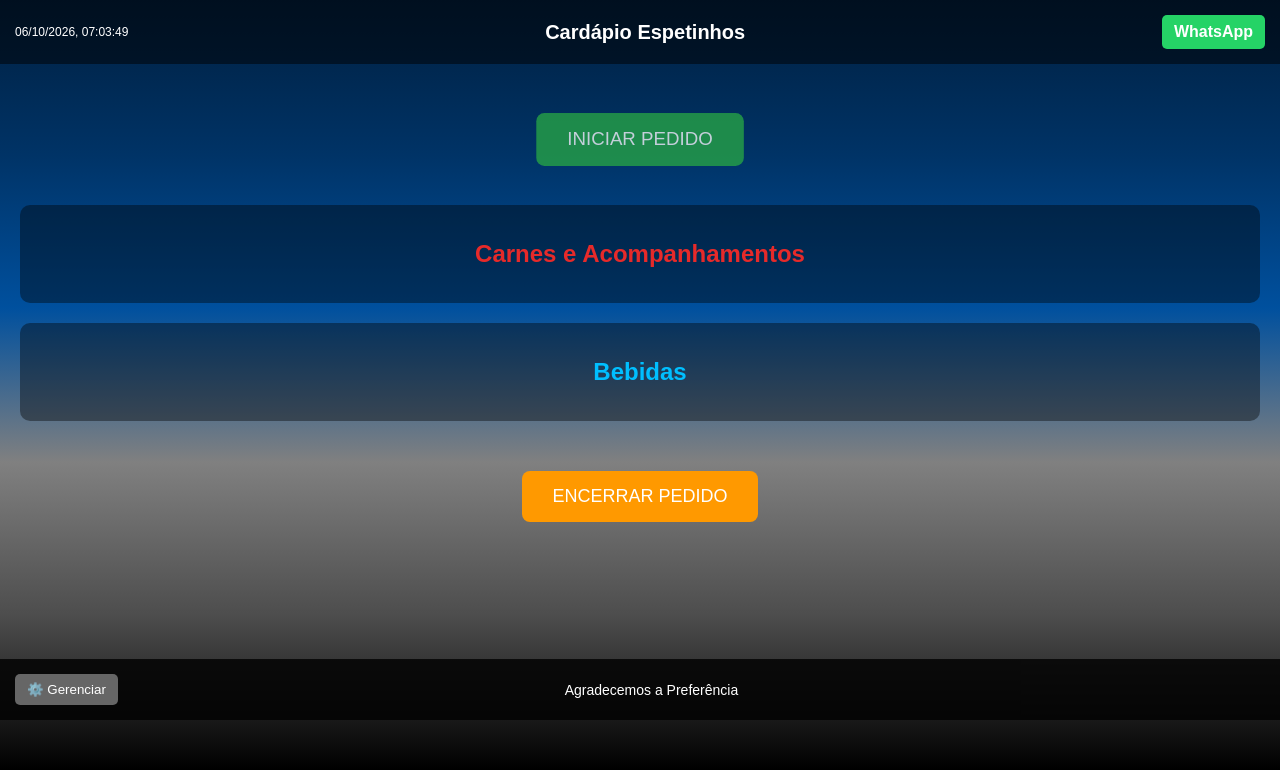
Repository: JeffRodFer/skewersOrder
Page: frontend/index.html
An editor plug-in stored every save of this project. The page is shown before and after the next save, followed by the edit.
The browser window is 1280 px wide. The pictures show the whole page.
The page's requests for data from a server got no answer.

Above is the page before, as saved 2026-10-18 08:33:10.

### frontend/index.html
<!DOCTYPE html>
<html lang="pt-BR">

<head>
  <meta charset="UTF-8">
  <meta name="viewport" content="width=device-width, initial-scale=1.0">
  <title>Cardápio de Espetinhos</title>
  <!-- Aqui conectamos o arquivo de estilos -->
  <link rel="stylesheet" href="style.css">
</head>

<body>

  <!-- Cabeçalho -->
  <header>
    <div class="relogio" id="relogio">
      00/00/0000 00:00:00
    </div>
    <div class="logo-titulo">Cardápio Espetinhos</div>
    <a href="https://wa.me/5581920036280" class="btn-whatsapp" target="_blank">WhatsApp</a>
  </header>

  <!-- Área de Iniciar Pedido -->
  <div class="area-iniciar">
    <button class="btn-iniciar" onclick="abrirModalCadastro()">
      INICIAR PEDIDO
    </button>
  </div>

  <!-- Lista de Comidas -->
  <div class="secao-produtos">
    <h2 class="titulo-carnes">Carnes e Acompanhamentos</h2>
    <div id="lista-carnes"></div> <!-- A MUDANÇA FOI FEITA AQUI -->
  </div>

  <!-- Lista de Bebidas -->
  <div class="secao-produtos">
    <h2 class="titulo-bebidas">Bebidas</h2>
    <div id="lista-bebidas"></div>
  </div>

  <!-- Área de Encerrar Pedido -->
  <div class="area-iniciar">
    <button class="btn-iniciar" style="animation: none; background: #ff9900;" onclick="abrirResumo()">
      ENCERRAR PEDIDO
    </button>
  </div>

  <!-- Rodapé -->
  <footer>
    <button class="btn-gerenciar" onclick="abrirModalAdmin()">
      ⚙️ Gerenciar
    </button>
    <div class="msg-agradecimento">Agradecemos a Preferência</div>
    <div style="width: 80px;"></div>
  </footer>

  <!-- MODAL 1: Cadastro do Cliente -->
  <div id="modalCadastro" class="modal">
    <div class="modal-conteudo">
      <h3>Identificação</h3>

      <div class="form-group">
        <label>Nome:</label>
        <input type="text" id="cli-nome" placeholder="Seu nome">
      </div>

      <div class="form-group">
        <label>Telefone:</label>
        <input type="tel" id="cli-telefone" placeholder="(81) 90000-0000">
      </div>

      <div class="form-group">
        <label>Retirada ou Entrega?</label>
        <select id="cli-tipo" onchange="verificarEntrega()">
          <option value="retirar">Vou retirar no local</option>
          <option value="entregar">Quero entrega (Terá taxa)</option>
        </select>
      </div>

      <div class="form-group" id="div-endereco" style="display:none;">
        <label>Endereço Completo:</label>
        <input type="text" id="cli-endereco" placeholder="Rua, Número, Bairro">
      </div>

      <!-- NOVA ÁREA DE BOTÕES -->
      <button type="button" class="btn-acao" onclick="fecharModalCadastro()"
        style="flex: 1; background-color: #666666;">
        Voltar
      </button>

      <button class="btn-acao" onclick="salvarCadastro()" style="flex: 2;">
        Confirmar
      </button>
    </div>

  </div> <!-- Fecha a modal-conteudo -->
  </div> <!-- Fecha a modalCadastro -->

  <!-- MODAL 2: Resumo do Pedido -->
  <div id="modalResumo" class="modal">
    <div class="modal-conteudo">
      <h3>Resumo do Pedido</h3>
      <div id="conteudo-resumo" style="font-size: 14px; margin-bottom: 20px;">
      </div>

      <!-- INÍCIO DAS NOVAS OPÇÕES DE FAROFA, VINAGRETE E OBS -->

      <!-- Opção de Farofa -->
      <div class="form-group">
        <label>Incluir Farofa?</label>
        <div style="display: flex; gap: 15px; margin-top: 5px;">
          <label><input type="radio" name="farofa" value="Sim" checked> Sim</label>
          <label><input type="radio" name="farofa" value="Não"> Não</label>
        </div>
      </div>

      <!-- Opção de Vinagrete -->
      <div class="form-group">
        <label>Incluir Vinagrete?</label>
        <div style="display: flex; gap: 15px; margin-top: 5px;">
          <label><input type="radio" name="vinagrete" value="Sim" checked> Sim</label>
          <label><input type="radio" name="vinagrete" value="Não"> Não</label>
        </div>
      </div>

      <!-- Campo de Observações -->
      <div class="form-group">
        <label>Observações do Pedido:</label>
        <textarea id="obs-pedido" rows="3" maxlength="120" placeholder="Ex: Bem passado, deixar na portaria..."
          style="width: 100%; border-radius: 5px; padding: 8px;"></textarea>
        <div id="contador-obs">0/120 caracteres</div>
      </div>

      <!-- FIM DAS NOVAS OPÇÕES -->

      <h3 id="valor-total">Total: R$ 0,00</h3>
      <button class="btn-acao btn-whatsapp" onclick="enviarPedidoWhatsApp()">
        Enviar Pedido (WhatsApp)
      </button>
      <button class="btn-acao btn-fechar" onclick="fecharModal('modalResumo')">
        Voltar e Escolher Mais
      </button>
    </div>
  </div>

  <!-- MODAL 3: Login Admin (Gerenciar) -->
  <div id="modalAdmin" class="modal">
    <div class="modal-conteudo">
      <h3>Área Restrita (Gerenciar)</h3>
      <div class="form-group">
        <label>Usuário:</label>
        <input type="text" id="admin-user">
      </div>
      <div class="form-group">
        <label>Senha:</label>
        <input type="password" id="admin-pass">
      </div>
      <button type="button" class="btn-acao" onclick="loginAdmin(event)">Entrar</button>
      <button type="button" class="btn-acao btn-fechar" onclick="fecharModal('modalAdmin')">
        Cancelar
      </button>
    </div>
  </div>


  <!-- ========================================== -->
  <!-- PAINEL DE ADMINISTRAÇÃO (Oculto por padrão)-->
  <!-- ========================================== -->
  <div id="painel-admin" style="display: none; padding: 20px; min-height: 100vh;">
    <div
      style="display: flex; justify-content: space-between; align-items: center; border-bottom: 2px solid white; padding-bottom: 10px; margin-bottom: 20px;">
      <h2 style="color: white; margin: 0;">⚙️ Gestão do Cardápio</h2>
      <button class="btn-acao btn-fechar" onclick="fecharPainelAdmin()" style="width: auto; padding: 10px 20px;">
        Sair
      </button>
    </div>

    <p style="color: #ccc;">Clique no botão para Ativar ou Desativar os produtos na loja.</p>

    <!-- Aqui o JavaScript vai injetar a lista completa de produtos -->
    <div id="lista-admin"></div>
  </div>

  <!-- Aqui conectamos o arquivo de lógica e ações -->
  <script src="script.js"></script>
</body>

</html>

### frontend/style.css
/* Gradiente de fundo geral */
body {
    background: linear-gradient(180deg,
            #001f3f 0%, #003366 20%, #00509e 40%,
            #808080 60%, #4d4d4d 80%, #000000 100%);
    margin: 0;
    font-family: Arial, sans-serif;
    color: #ffffff;
    min-height: 100vh;
    padding-bottom: 50px;
}

/* Cabeçalho */
header {
    display: flex;
    justify-content: space-between;
    align-items: center;
    padding: 15px;
    background-color: rgba(0, 0, 0, 0.5);
    position: sticky;
    top: 0;
    z-index: 100;

    /* ADICIONA ESTAS DUAS LINHAS: */
    flex-wrap: wrap;
    /* Permite que os elementos desçam de linha se faltar espaço */
    gap: 15px;
    /* Garante um espaço de 15px entre elementos, mesmo que desçam de linha */
}

/* ========================================== */
/* Ajuste Fino para Telemóveis (Opcional mas recomendado) */
/* ========================================== */
@media (max-width: 600px) {
    header {
        /* Num ecrã pequeno, força tudo a ficar no centro, um debaixo do outro */
        flex-direction: column;
        justify-content: center;
        text-align: center;
    }
}

.relogio {
    font-size: 12px;
}

.logo-titulo {
    font-size: 20px;
    font-weight: bold;
    text-align: center;
}

.btn-whatsapp {
    background-color: #25D366;
    color: white;
    padding: 8px 12px;
    text-decoration: none;
    border-radius: 5px;
    font-weight: bold;
}

/* Botão Iniciar Pedido Piscante */
.area-iniciar {
    text-align: center;
    margin: 20px 0;
}

.btn-iniciar {
    background-color: #28a745;
    color: white;
    padding: 15px 30px;
    font-size: 18px;
    border: none;
    border-radius: 8px;
    cursor: pointer;
    animation: piscar 1.5s infinite ease-in-out;
    margin-top: 30px;
    margin-bottom: 20px;
}

@keyframes piscar {
    0% {
        opacity: 1;
        transform: scale(1);
    }

    50% {
        opacity: 0.7;
        transform: scale(1.05);
    }

    100% {
        opacity: 1;
        transform: scale(1);
    }
}

/* 2. Coloca texto de um lado e botões do outro */
.item-lista {
    display: flex;
    justify-content: space-between;
    align-items: center;
    padding: 12px 0;
    border-bottom: 1px solid rgba(255, 255, 255, 0.1);
}

/* Listas de Produtos */
.secao-produtos {
    margin: 20px;
    padding: 15px;
    background: rgba(0, 0, 0, 0.4);
    border-radius: 10px;
}

.titulo-carnes {
    color: #e62a2a;
    text-align: center;
}

.item-carne {
    color: #faf9f8;
}

.titulo-bebidas {
    color: #00bfff;
    text-align: center;
}

.item-bebida {
    color: #ffffff;
}

.produto {
    display: flex;
    justify-content: space-between;
    align-items: center;
    margin-bottom: 10px;
    border-bottom: 1px solid rgba(255, 255, 255, 0.4);
    padding-bottom: 10px;
}

.controles {
    display: flex;
    align-items: center;
    gap: 15px;
}

/* 4. Estilo dos botõezinhos (caso não tenha) */
.controles button {
    width: 35px;
    height: 35px;
    background-color: rgba(255, 255, 255, 0.4);
    color: white;
    border: none;
    border-radius: 5px;
    font-size: 1.2em;
    cursor: pointer;
}

.btn-qtd {
    background: #333;
    color: white;
    border: none;
    padding: 5px 10px;
    border-radius: 5px;
    cursor: pointer;
}

/* Rodapé */
footer {
    display: flex;
    justify-content: space-between;
    align-items: center;
    padding: 15px;
    background-color: rgba(0, 0, 0, 0.8);
    position: fixed;
    bottom: 0;
    width: 100%;
    box-sizing: border-box;
}

.msg-agradecimento {
    flex-grow: 1;
    text-align: center;
    font-size: 14px;
}

.btn-gerenciar {
    background-color: #666666;
    color: white;
    border: none;
    padding: 8px 12px;
    border-radius: 5px;
    cursor: pointer;
    display: flex;
    align-items: center;
    gap: 5px;
}

/* Modais (Janelas Ocultas) */
.modal {
    display: none;
    position: fixed;
    top: 0;
    left: 0;
    width: 100%;
    height: 100%;
    background: rgba(0, 0, 0, 0.9);
    z-index: 200;
    overflow-y: auto;
}

.modal-conteudo {
    background: #222;
    margin: 20px auto;
    padding: 20px;
    width: 90%;
    max-width: 400px;
    border-radius: 10px;
    color: white;
}

.form-group {
    margin-bottom: 15px;
}

.form-group label {
    display: block;
    margin-bottom: 5px;
}

.form-group input,
.form-group select {
    width: 100%;
    padding: 8px;
    box-sizing: border-box;
    border-radius: 5px;
    border: none;
}

.btn-acao {
    background: #007bff;
    color: white;
    border: none;
    padding: 10px;
    width: 100%;
    border-radius: 5px;
    cursor: pointer;
    margin-top: 10px;
}

.btn-fechar {
    background: #dc3545;
    margin-top: 10px;
}

#obs-pedido {
    text-align: left;
    font-family: inherit;
    padding: 10px;
    resize: vertical;
}

#contador-obs {
  font-size: 0.8em;
  color: #666;
  text-align: right;
  margin-top: 5px;
}

Loaded but not shown: frontend/script.js (483 lines, source omitted)

After the next save:
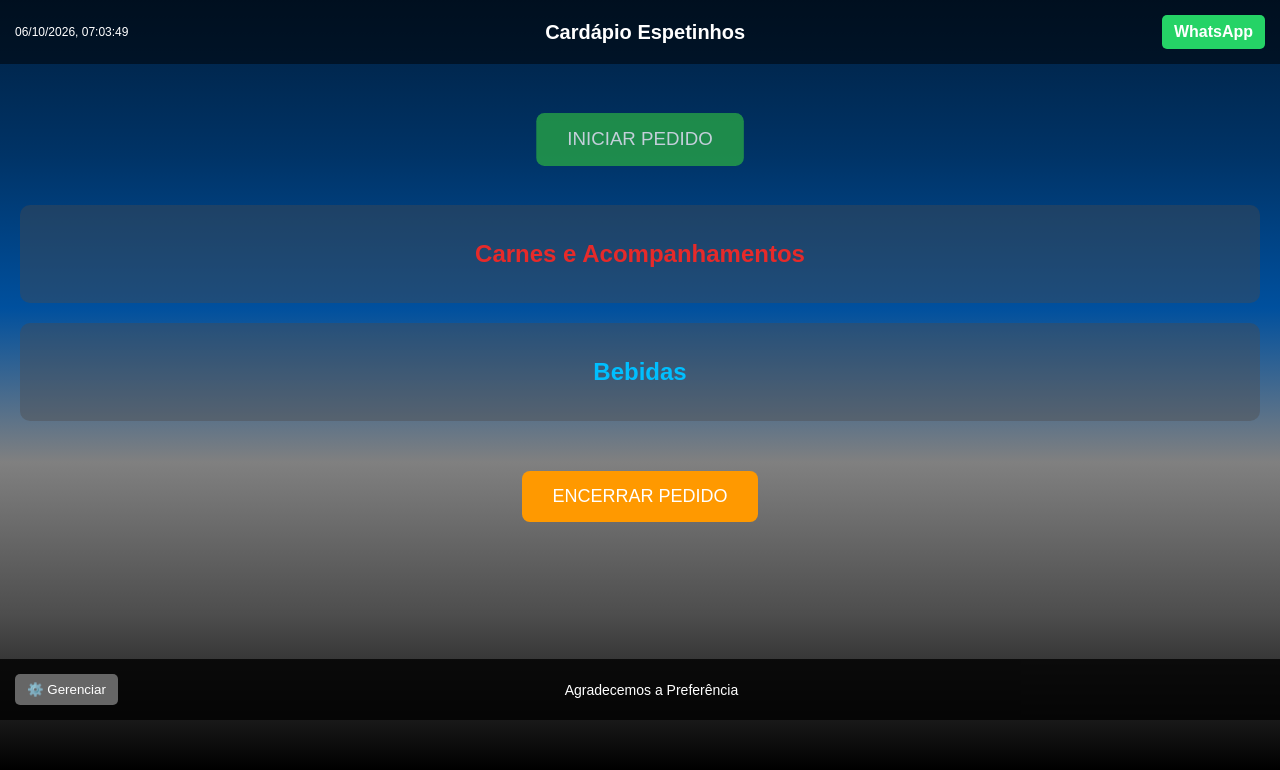
Saved 49 s later.
--- a/frontend/style.css
+++ b/frontend/style.css
@@ -108,7 +108,7 @@ header {
 .secao-produtos {
     margin: 20px;
     padding: 15px;
-    background: rgba(0, 0, 0, 0.4);
+    background: rgba(77, 74, 74, 0.4);
     border-radius: 10px;
 }
 
